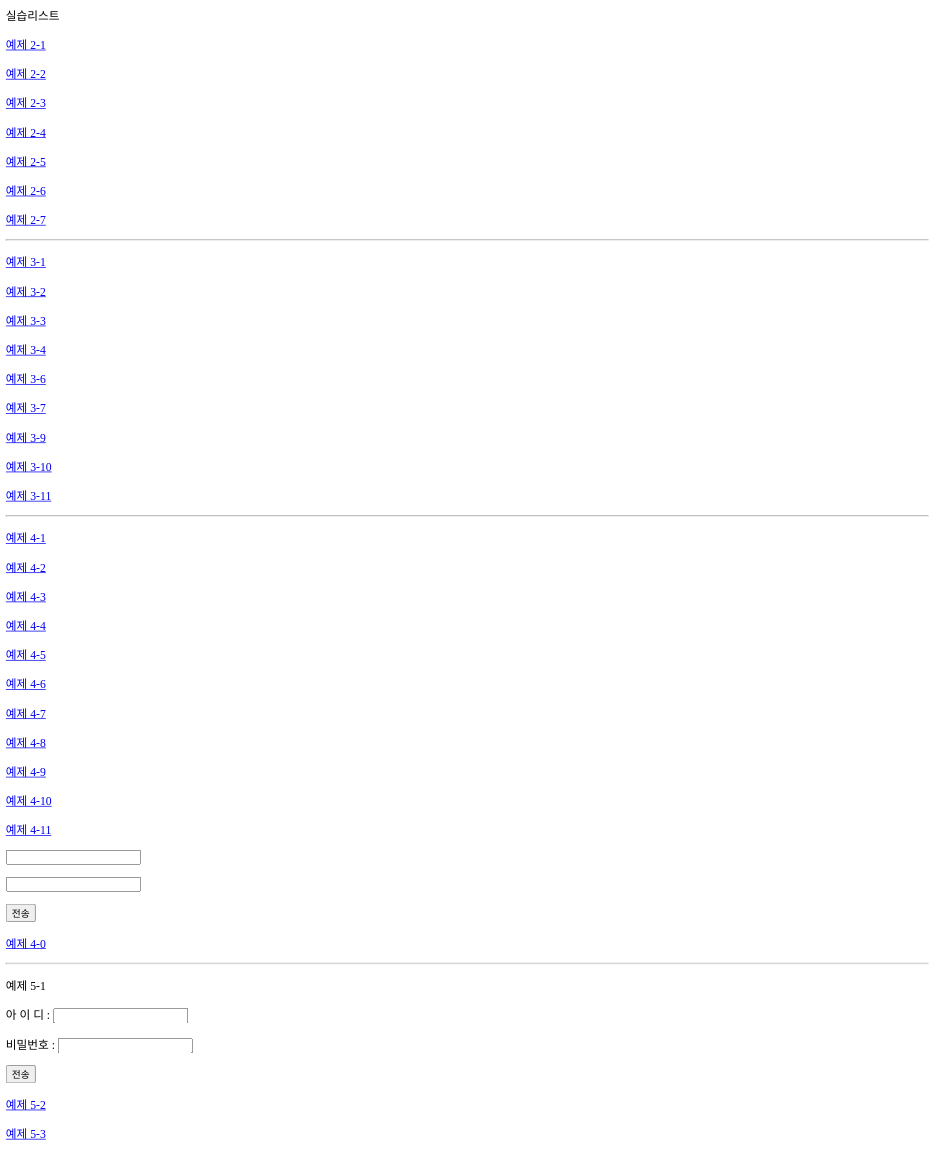
Repository: sanghyunlee7680/JSP-practice
Page: http://localhost/jspbook/
The author's editor kept a copy of each file at every save. The page is drawn from the files as they stood at one save, then again after the next save.
The browser window is 1280 px wide. The pictures show the whole page, at 73% of full size.
The page is served by Tomcat 10.

Above is the page before, as saved 2024-10-14 00:42:47.

After the next save:
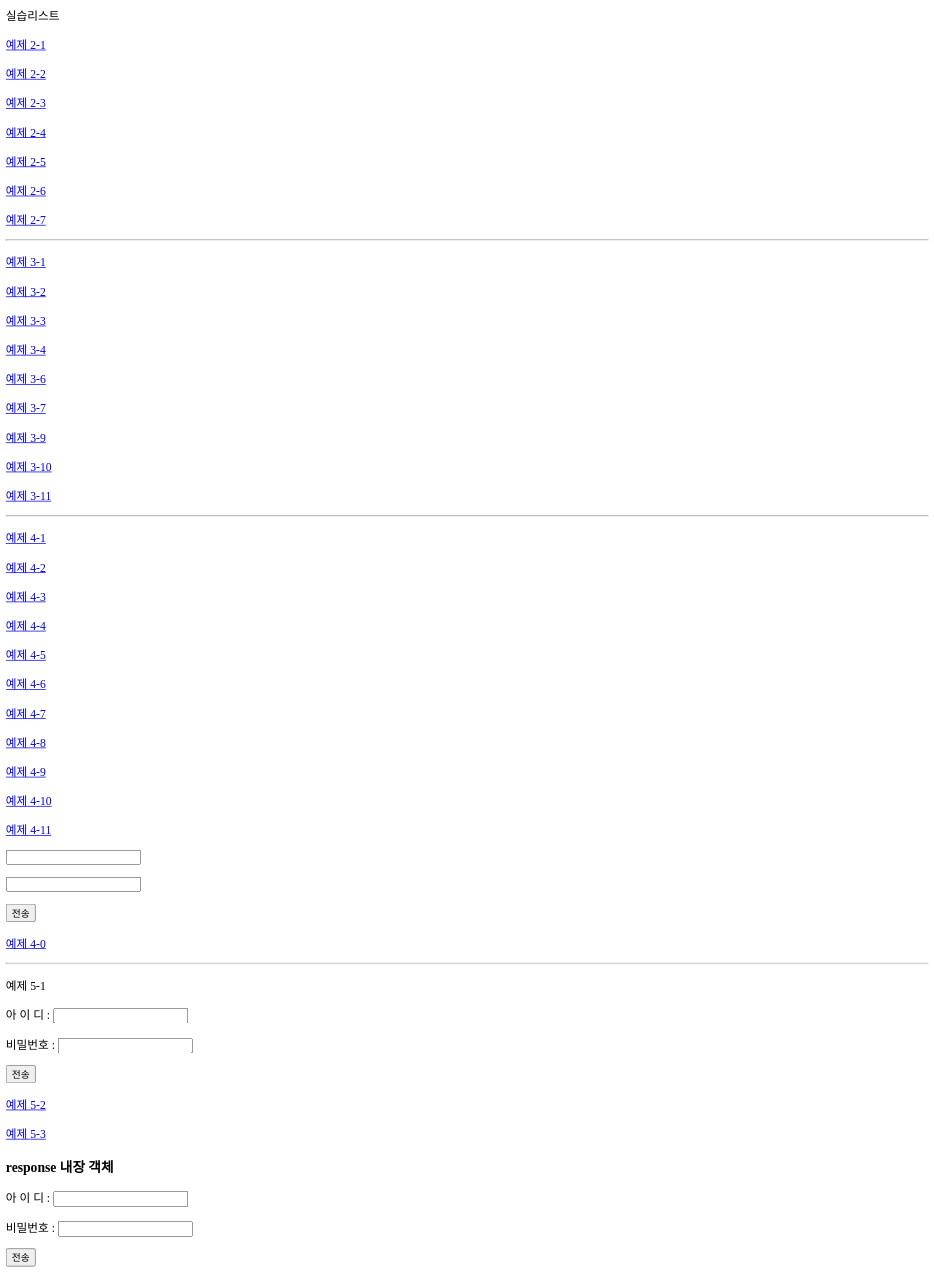
Saved 106 s later.
--- a/jspbook/src/main/webapp/index.jsp
+++ b/jspbook/src/main/webapp/index.jsp
@@ -118,6 +118,12 @@
 	<p>
 		<a href="5_3">예제 5-3</a>
 	</p>
+	<h3>response 내장 객체</h3>
+	<form action="5_4" method=post>
+		<p>아 이 디 : <input type="text" name="id">
+		<p>비밀번호 : <input type="text" name="passwd">
+		<p><input type="submit" value="전송">
+	</form>
 
 </body>
 </html>
